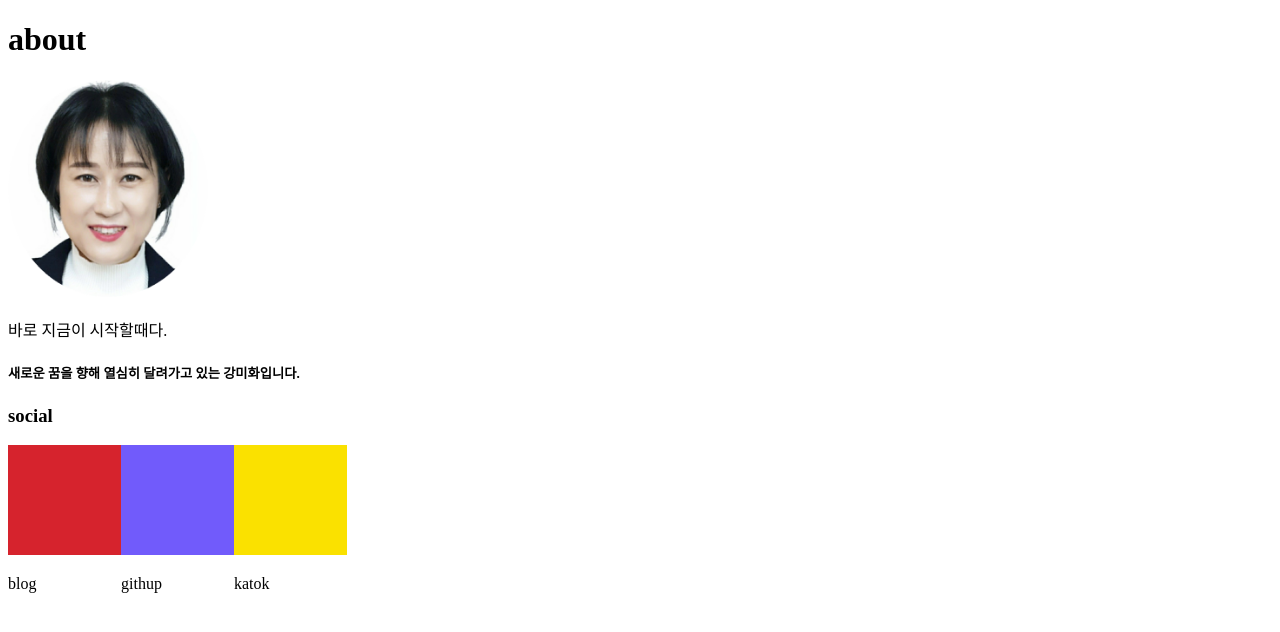
Repository: kmh9964/view
Page: workspace/studyhtml5/src/htmltags03.html
An editor plug-in stored every save of this project. The page is shown before and after the next save, followed by the edit.
The browser window is 1280 px wide. The pictures show the whole page.

Above is the page before, as saved 2022-12-14 07:39:05.

### workspace/studyhtml5/src/htmltags03.html
<!doctype html>
<html lang="ko">
<head>
	<meta charset="UTF-8" />
	<meta http-equiv="X-UA-Compatible" content="IE=Edge" />
	<meta name="viewport" content="width=device-width, initial-scale=1.0">
	<title>자바 백엔드 개발자 프로필</title>
	<style>
	.icons{
		display: flex
	}
	</style>

</head>
<body>
	<h1>about</h1>
 	<img src="images/photo.png" alt="지원자 강미화" width="200">
 	<p>바로 지금이 시작할때다. </p>
 	<h5>새로운 꿈을 향해 열심히 달려가고 있는 강미화입니다. </h5>
 	<h3>social</h3>
 	<div class="icons">
 		<div>
 			<img src="images/blog.png" alt="link to blog">
 			<p>blog</p>
 		</div>
 		<div>
 			<img src="images/githup.png" alt="link to githup">
 			<p>githup</p>
 		</div>
 		<div>
 			<img src="images/katok.png" alt="link to katok">
 			<p>katok</p>
 		</div>
 	</div>


</body>
</html>

After the next save:
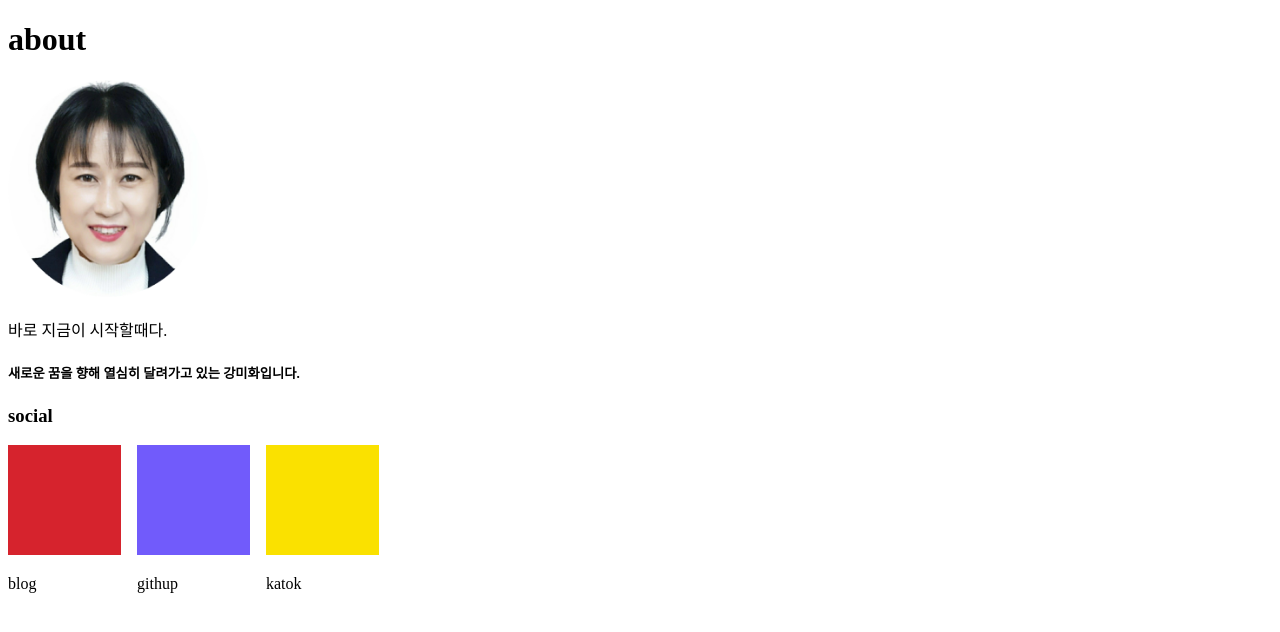
Saved 2 min 46 s later.
--- a/workspace/studyhtml5/src/htmltags03.html
+++ b/workspace/studyhtml5/src/htmltags03.html
@@ -7,7 +7,8 @@
 	<title>자바 백엔드 개발자 프로필</title>
 	<style>
 	.icons{
-		display: flex
+		display: flex;
+		column-gap: 1rem;
 	}
 	</style>
 
